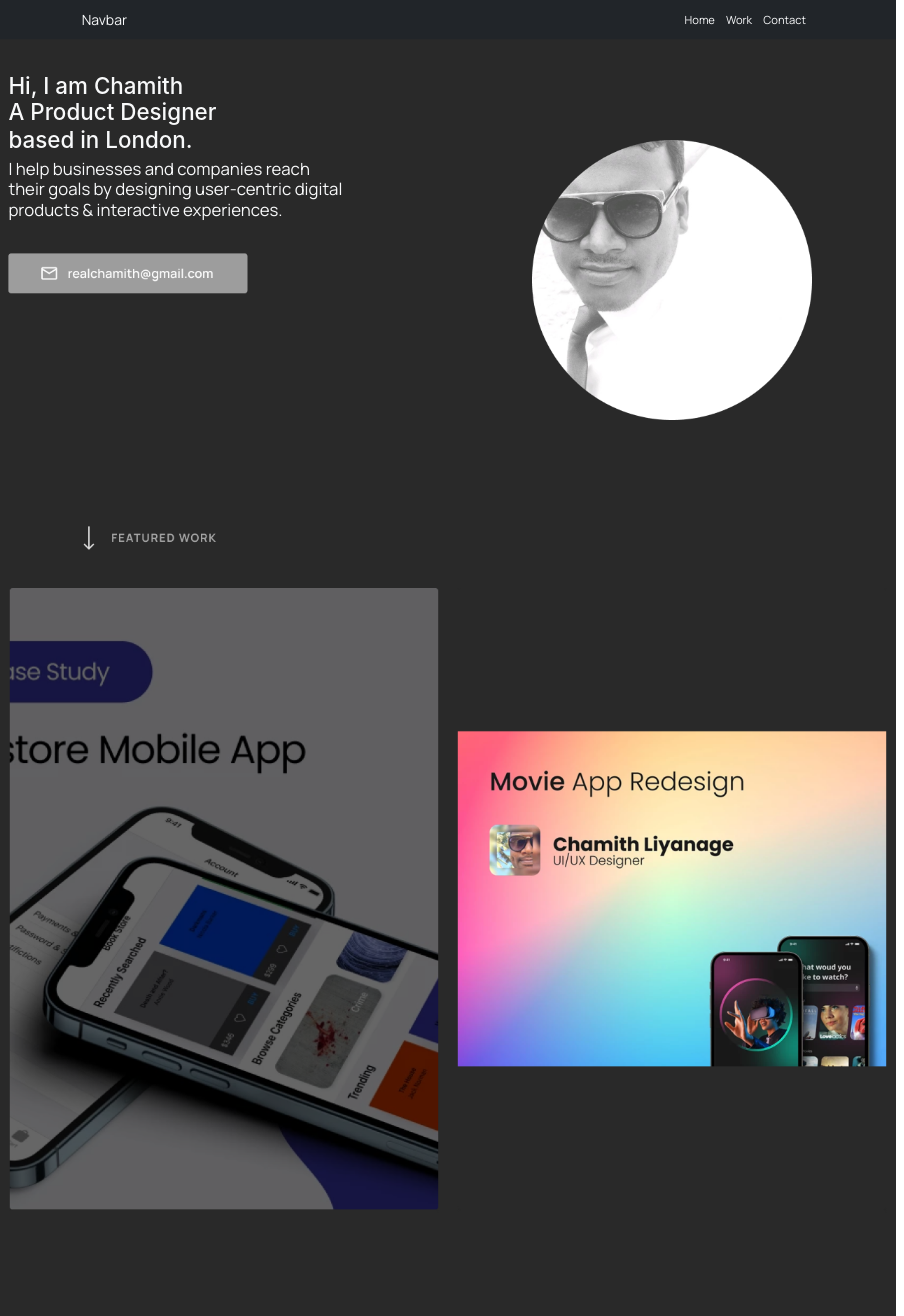
Repository: Realchamithweb/chamith-html
Page: index.html
The author's editor kept a copy of each file at every save. The page is drawn from the files as they stood at one save, then again after a run of saves.
The browser window is 1280 px wide. The page is 1292 px wide, so the pictures cover 1292 px, including what lies to the right of the window. The pictures show the part of the page from y = 0 to 1880 px (the page is 4225 px tall), at 70% of full size.

Above is the page before, as saved 2023-01-04 16:20:16.

### index.html
<!doctype html>
<html lang="en">
  <head>
    <!-- Required meta tags -->
    <meta charset="utf-8">
    <meta name="viewport" content="width=device-width, initial-scale=1">
    <link rel="stylesheet" href="/css/style.css">
    <link rel="script" href="/js/main.js">
    <!-- Bootstrap CSS -->
    <link href="https://cdn.jsdelivr.net/npm/bootstrap@5.0.2/dist/css/bootstrap.min.css" rel="stylesheet" integrity="sha384-EVSTQN3/azprG1Anm3QDgpJLIm9Nao0Yz1ztcQTwFspd3yD65VohhpuuCOmLASjC" crossorigin="anonymous">
    <link rel="stylesheet" href="https://fonts.googleapis.com/css?family=Manrope">
    <title>Hello, world!</title>
  </head>
  <body>
    <div class="main">
            <div class="head">
                <nav class="navbar navbar-expand-lg navbar-light bg-dark">
                    <div class="container-fluid">
                        <div class="col-md-1"></div>
                    <a class="navbar-brand col-md-8 text-light" href="#">Navbar</a>
                    <button class="navbar-toggler" type="button" data-bs-toggle="collapse" data-bs-target="#navbarNavDropdown" aria-controls="navbarNavDropdown" aria-expanded="false" aria-label="Toggle navigation">
                        <span class="navbar-toggler-icon"></span>
                    </button>
                    <div class="collapse navbar-collapse" id="navbarNavDropdown">
                        <ul class="navbar-nav">
                        <li class="nav-item">
                            <a class="nav-link active text-light" aria-current="page" href="#">Home</a>
                        </li>
                        <li class="nav-item">
                            <a class="nav-link text-light" href="/work.html">Work</a>
                        </li>
                        <li class="nav-item">
                            <a class="nav-link text-light" href="/contact.html">Contact</a>
                        </li>
                        </ul>
                    </div>
                    </div>
                </nav>
            </div>

            <section>
            <div class="hero">
                <div class="container-fluid">
                    <div class="row">
                        <div class="col-lg-6">
                            <p class="hero-title text-light h2 mt-5">Hi, I am Chamith<br>
                                A Product Designer<br>
                                based in London.
                            </p>
                            <p class="hero-text text-light h4 mt-2">
                                I help businesses and companies reach <br>
                                their goals by designing user-centric digital <br>
                                products & interactive experiences.
                            </p>
                            <div class="mt-5">
                                <img src="/inc/Btn.png" class="">
                            </div>
                        </div>
                        <div class="col-lg-6 d-flex justify-content-center mb-5 mt-5">
                            <img src="/inc/unsplash_XHVpWcr5grQ.png"" class="hero-img">
                        </div>
                    </div>
                </div>
            </div>
            </section>
            <section>
            <div class="Featured-Work">
                <div class="container-fluid">
                    <div class="row mt-5">
                        <div class="col-lg-1  mb-5"></div>
                        <div class="col-lg-10  mb-5 mt-5">
                            <img src="/inc/Featured.png" class="img00">
                        </div>
                        <div class="col-lg-6 d-flex justify-content-center">
                            <img src="/inc/unsplash_mxPiMiz7KCo.png" class="img01">

                        </div>
                        <div class="col-lg-6 d-flex justify-content-center">
                            <img src="/inc/unsplash_g-pKprPg5yw.png" class="img02">
                        </div>
                    </div>
                </div>
                <div class="container-fluid">
                    <div class="row">
                        <div class="col-lg-6 d-flex justify-content-center">
                            <img src="/inc/unsplash_pqzRfBhd9r0.png" class="img01">
                        </div>
                        <div class="col-lg-6 d-flex justify-content-center">
                            <img src="/inc/unsplash_x-HpilsdKEk.png" class="img01">
                        </div>
                    </div>
                </div>
            </div>
            </section>
            <section>
                <div class="Visual-Explorations mb-5">
                    <div class="container-fluild">
                        <div class="row">
                            <div class="col-lg-12 d-flex justify-content-center text-light h1 mt-5 mb-5">Visual Explorations</div>
                            <div class="col-lg-4 d-flex justify-content-center">
                                <img src="/inc/unsplash_fd6K_OFlnRA.png" class="img01">
                            </div>
                            <div class="col-lg-4 d-flex justify-content-center">
                                <img src="/inc/unsplash_Glel-RswQqM.png" class="img01">
                            </div>
                            <div class="col-lg-4 d-flex justify-content-center">
                                <img src="/inc/unsplash_pPTw_RTkvXQ.png" class="img01">
                            </div>
                        </div>
                    </div>
                </div>
            </section>
            <section>
                <div class="Personal-Projects">
                    <div class="container-fluild">
                        <div class="row">
                            <div class="col-lg-12 d-flex justify-content-center text-light h1 mt-5">Personal Projects</div>
                            <div class="col-lg-4 d-flex justify-content-center">
                                <img src="/inc/Rectangle 4.png" class="img01">
                            </div>
                            <div class="col-lg-4 d-flex justify-content-center">
                                <img src="/inc/Rectangle 4-1.png" class="img01">
                            </div>
                            <div class="col-lg-4 d-flex justify-content-center">
                                <img src="/inc/Rectangle 4-2.png" class="img01">
                            </div>
                        </div>
                    </div>
                </div>
            </section>
            <section>
                <div class="contact-me">
                    <div class="container-fluild">
                        <div class="row">
                                <h2 class="text-light d-flex justify-content-center mb-5">Contact Me</h2>
                                <p class="text-light d-flex text-center justify-content-center h5 mb-5">If you are looking to hire a product designer,<br>
                                    I’m currently available for freelance work</p>
                                <div class="col-lg-12 d-flex justify-content-center mb-5">
                                    <img src="/inc/Btn.png" class="img02">
                                </div>
                        </div>
                    </div>
                </div>
            </section>
            <section>
                <div class="footer">
                    <div class="container-fluild">
                        <div class="row">
                            <hr class="text-light">
                            <div class="col-lg-4 text-center text-light mb-3">Made by Chamith — Copyright 2022</div>
                            <div class="col-lg-4 mb-3"></div>
                            <div class="col-lg-4 mb-3"><img src="/inc/Icons.png" class="img02"></div>
                        </div>
                    </div>
                </div>
            </section>

    </div>




    <!-- Optional JavaScript; choose one of the two! -->

    <!-- Option 1: Bootstrap Bundle with Popper -->
    <script src="https://cdn.jsdelivr.net/npm/bootstrap@5.0.2/dist/js/bootstrap.bundle.min.js" integrity="sha384-MrcW6ZMFYlzcLA8Nl+NtUVF0sA7MsXsP1UyJoMp4YLEuNSfAP+JcXn/tWtIaxVXM" crossorigin="anonymous"></script>

    <!-- Option 2: Separate Popper and Bootstrap JS -->
    <!--
    <script src="https://cdn.jsdelivr.net/npm/@popperjs/core@2.9.2/dist/umd/popper.min.js" integrity="sha384-IQsoLXl5PILFhosVNubq5LC7Qb9DXgDA9i+tQ8Zj3iwWAwPtgFTxbJ8NT4GN1R8p" crossorigin="anonymous"></script>
    <script src="https://cdn.jsdelivr.net/npm/bootstrap@5.0.2/dist/js/bootstrap.min.js" integrity="sha384-cVKIPhGWiC2Al4u+LWgxfKTRIcfu0JTxR+EQDz/bgldoEyl4H0zUF0QKbrJ0EcQF" crossorigin="anonymous"></script>
    -->
  </body>
</html>

### css/style.css
.main{
    background-color: #292929;
    font-family: 'Manrope', serif;

}

.hero-img{
    margin-top: 6em;
}

.hero-title{
    font-family: 'Inter';
    font-style: normal;
    font-weight: 400;
    font-size: 54px;
    font-size: 54px;
    color: 000000#;

}

/*
.hero-title{
    position: absolute;
    width: 824px;
    height: 192px;
    left: 96px;
    top: 240px;

    font-family: 'Inter';
    font-style: normal;
    font-weight: 400;
    font-size: 54px;
    line-height: 64px;
    color: #000000;
}

.hero-text{
    position: absolute;
    width: 824px;
    height: 90px;
    left: 96px;
    top: 456px;

    font-family: 'Inter';
    font-style: normal;
    font-weight: 400;
    font-size: 20px;
    line-height: 30px;
    /* or 150% */
    /* color: #000000
}

.hero-btn{
    box-sizing: border-box;
    position: absolute;
    width: 341.57px;
    height: 57px;
    left: 96px;
    top: 634px;

    background: #FFFFFF;
    border: 1px solid #000000;
    border-radius: 4px;
}

.f-row{
    display: flex;
    flex-direction: row;
    justify-content: center;
    align-items: center;
    padding: 8px;
    gap: 32px;

    position: absolute;
    height: 48px;
    left: 96px;
    top: 836px;
}

.img00{
    display: flex;
    flex-direction: row;
    justify-content: center;
    align-items: center;
    padding: 8px;
    gap: 32px;

    position: absolute;
    width: 198px;
    height: 48px;
    left: 96px;
    top: 836px;

}

.img01{
    position: absolute;
    width: 612px;
    height: 888px;
    left: 96px;
    top: 964px;
    border-radius: 4px;
}

.img01:hover{
    background: linear-gradient(0deg, rgba(0, 0, 0, 0.6), rgba(0, 0, 0, 0.6)), url("/inc/Bookstore.png"), #292929;
}

.img02{
    position: absolute;
    width: 612px;
    height: 888px;
    left: 732px;
    top: 1102px;

    background: url(3ffea8135910975.Y3JvcCwxMDgwLDg0NCwwLDExNw.png), #292929;
    border-radius: 4px;
}  */

After the next 2 saves:
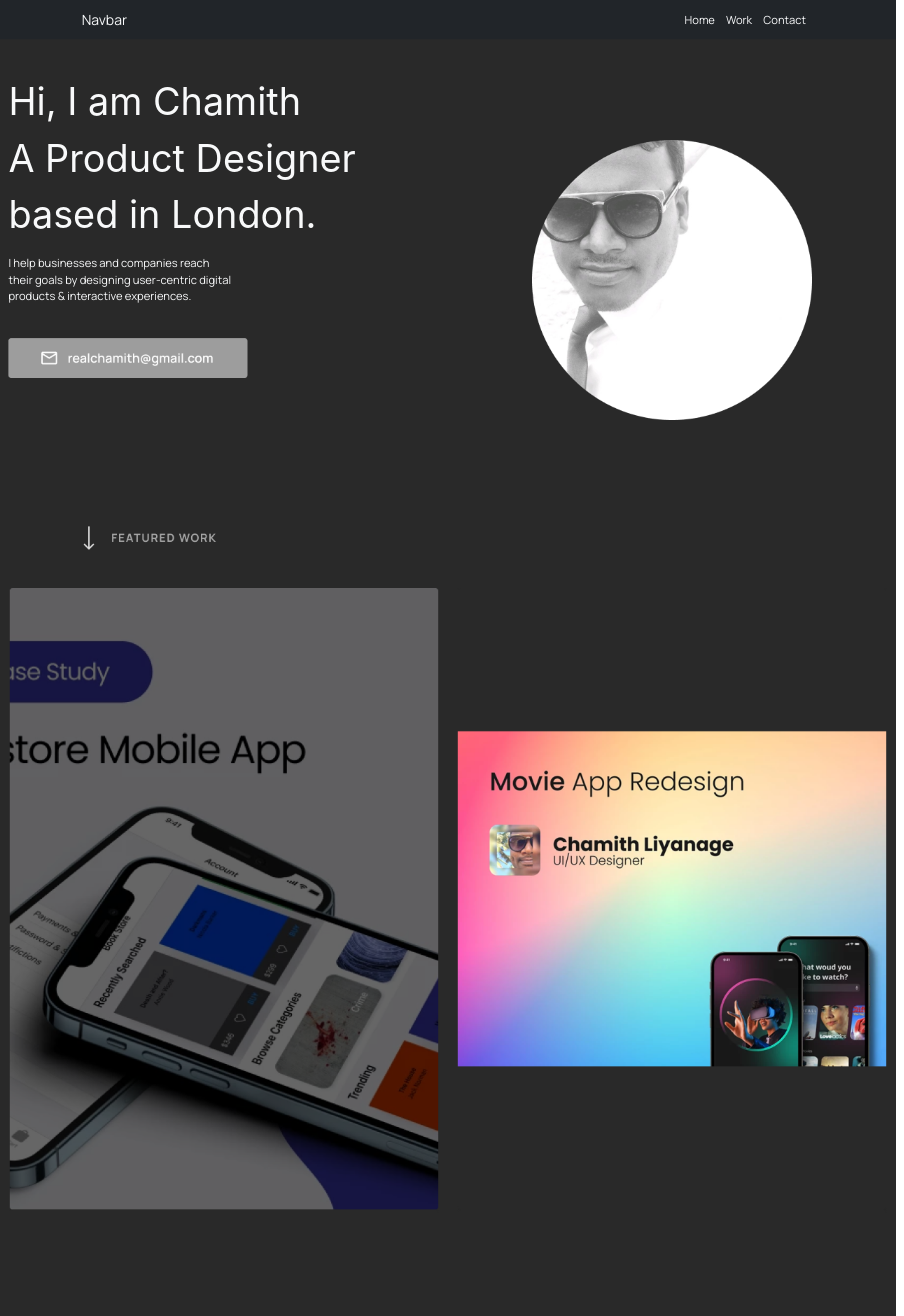
The 2 saves are shown as one change because they came seconds apart.
The last was saved 97 s later.
--- a/index.html
+++ b/index.html
@@ -43,11 +43,11 @@
                 <div class="container-fluid">
                     <div class="row">
                         <div class="col-lg-6">
-                            <p class="hero-title text-light h2 mt-5">Hi, I am Chamith<br>
+                            <p class="hero-title text-light mt-5">Hi, I am Chamith<br>
                                 A Product Designer<br>
                                 based in London.
                             </p>
-                            <p class="hero-text text-light h4 mt-2">
+                            <p class="hero-text text-light mt-2">
                                 I help businesses and companies reach <br>
                                 their goals by designing user-centric digital <br>
                                 products & interactive experiences.
